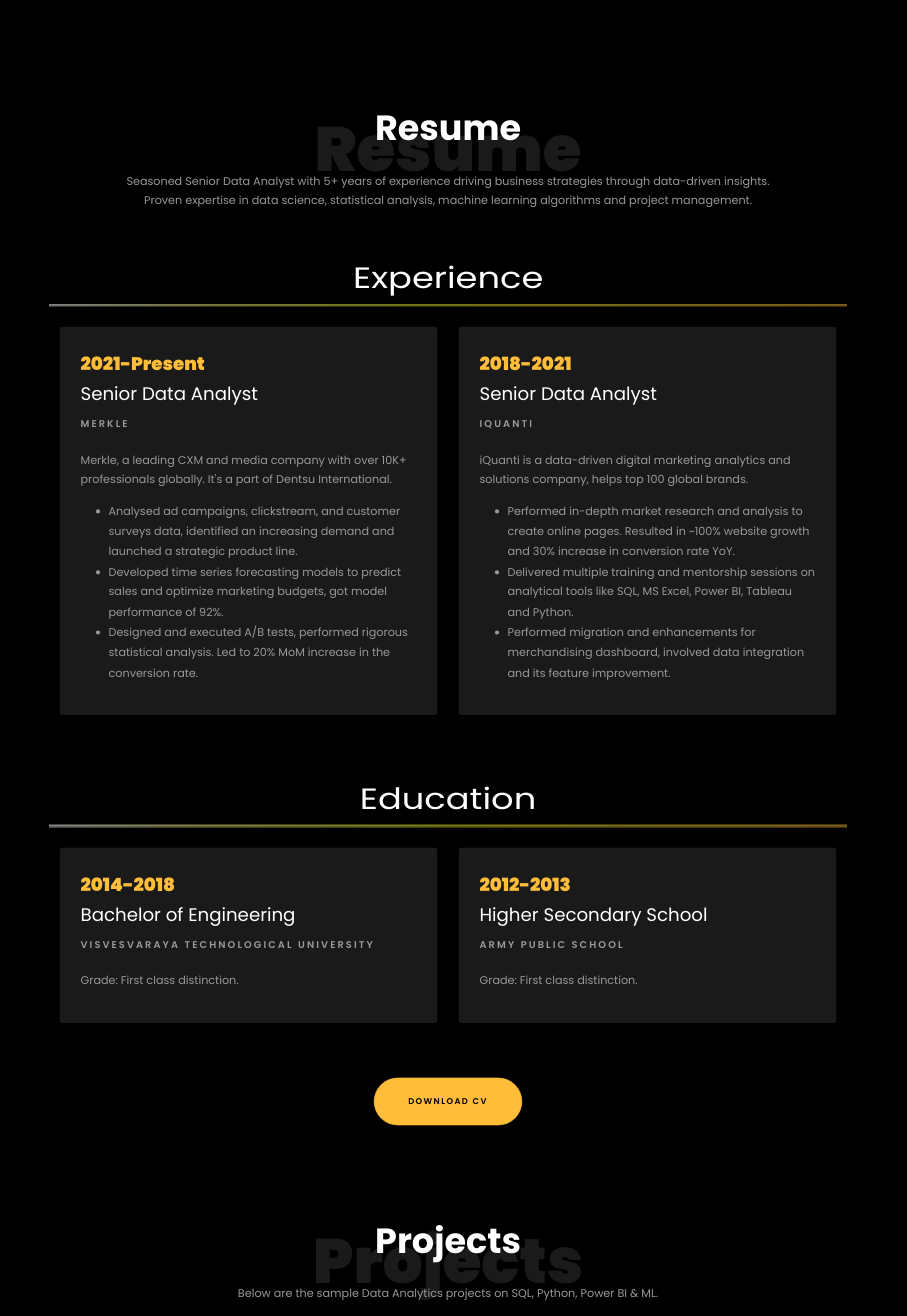
Repository: Rahul70079/Rahul-Kumar-Portfolio
Page: Portfolio/index.html
The author's editor kept a copy of each file at every save. The page is drawn from the files as they stood at one save, then again after a run of saves.
The browser window is 1280 px wide. The page is 1295 px wide, so the pictures cover 1295 px, including what lies to the right of the window. The pictures show the part of the page from y = 1592 to 3472 px (the page is 6242 px tall before and 6160 px after), at 70% of full size.

Above is the page before, as saved 2026-06-12 12:40:38.
Console error (its wording comes from the project's code and is left out).

After the next 2 saves:
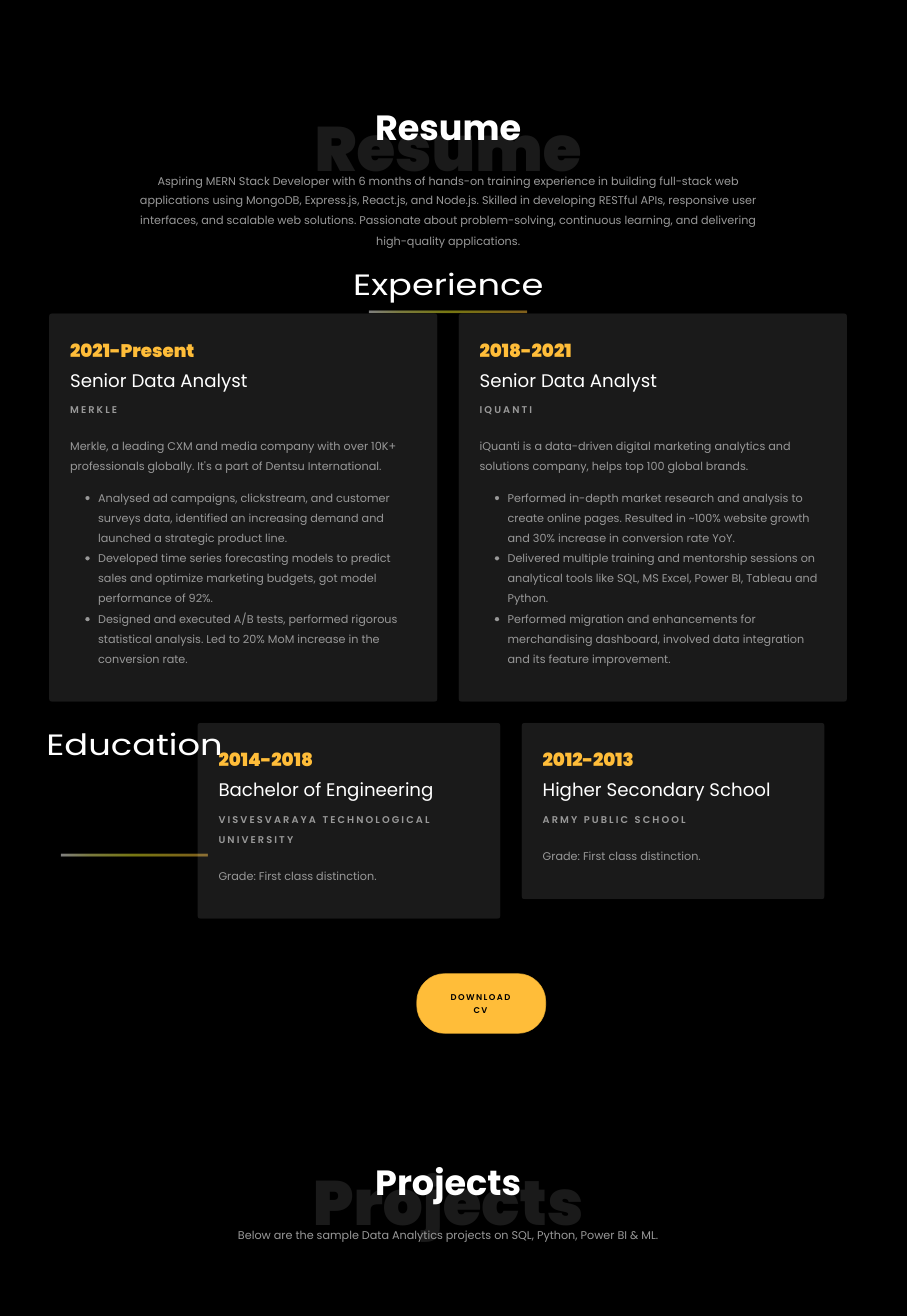
The 2 saves are shown as one change because they came seconds apart.
The last was saved 119 s later.
--- a/Portfolio/index.html
+++ b/Portfolio/index.html
@@ -311,8 +311,7 @@
           <div class="col-md-10 heading-section text-center ftco-animate">
           	<h1 class="big big-2">Resume</h1>
             <h2 class="mb-4">Resume</h2>
-            <p>Seasoned Senior Data Analyst with 5+ years of experience driving business strategies through data-driven insights. Proven expertise in data science, statistical analysis, machine learning algorithms and project management.</p>
-          </div>
+           <p>Aspiring MERN Stack Developer with 6 months of hands-on training experience in building full-stack web applications using MongoDB, Express.js, React.js, and Node.js. Skilled in developing RESTful APIs, responsive user interfaces, and scalable web solutions. Passionate about problem-solving, continuous learning, and delivering high-quality applications.</p>
         </div>
 
 		<div class="row">
